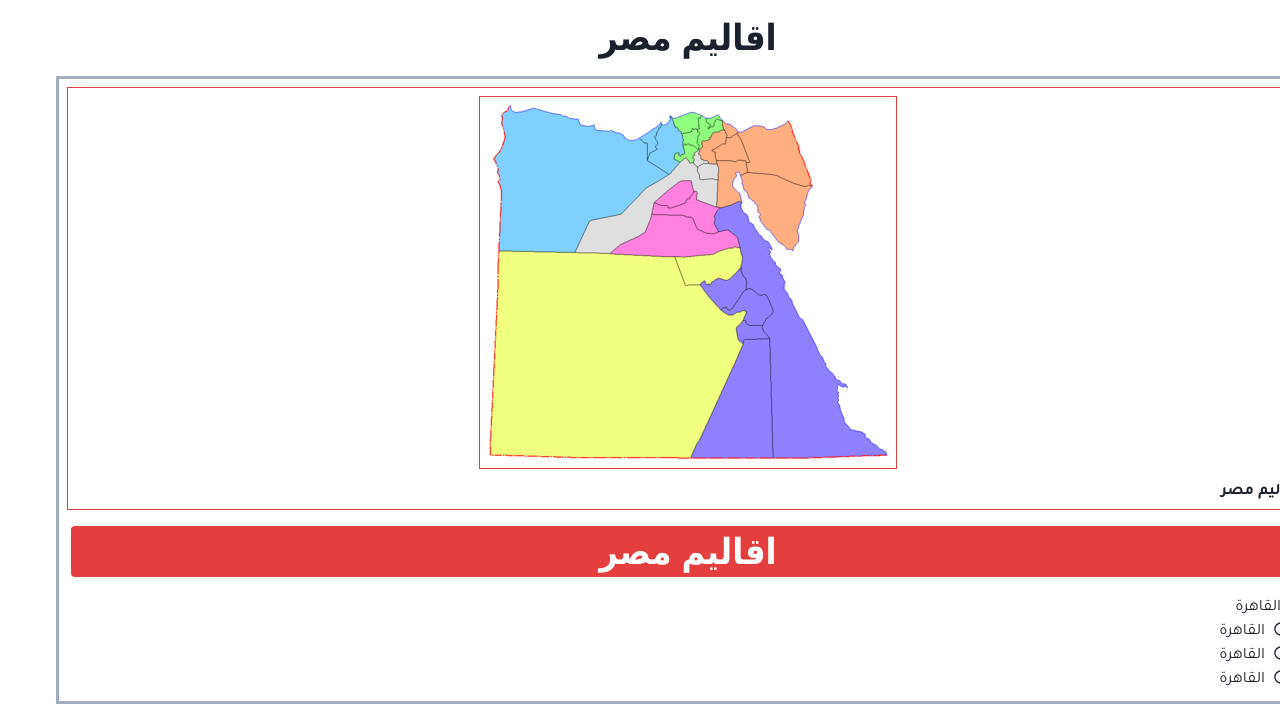
Repository: ahmed-mohamed-eng/egypt-gov-map
Page: /
The author's editor kept a copy of each file at every save. The page is drawn from the files as they stood at one save, then again after the next save.
The browser window is 1280 px wide. The pictures show the whole page.
Some web fonts or font styles are not loaded; a fallback is used. The project was rebuilt for these pictures with package versions that can differ from the ones it lists, and the page was loaded fresh each time. The framework's server and built-in components were replaced by stand-ins that run in the browser. Also part of the build but not shown: next.config.js.

Above is the page before, as saved 2022-05-30 13:33:11.

After the next save:
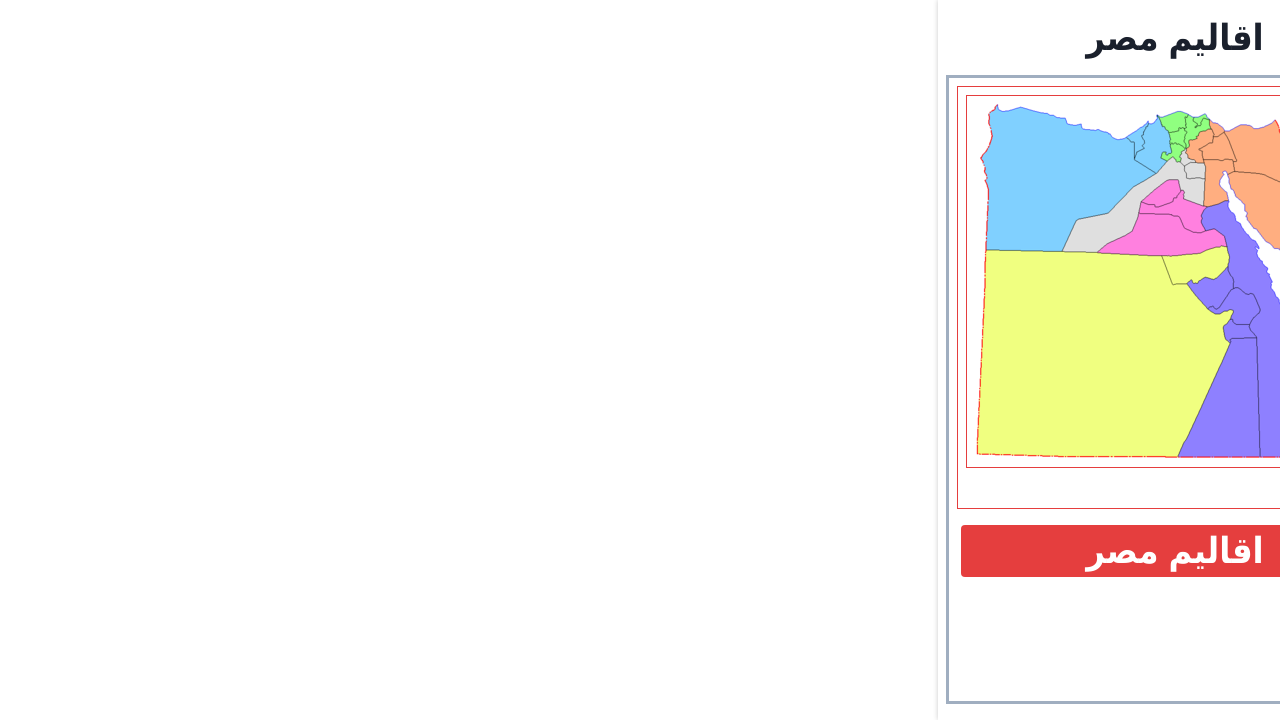
Saved 118 s later.
--- a/components/PageContainer/PageContainer.tsx
+++ b/components/PageContainer/PageContainer.tsx
@@ -1,11 +1,20 @@
-import { VStack } from "@chakra-ui/react"
+import { Flex, VStack } from "@chakra-ui/react";
 
 import bgImage from "../../images/backgroundImage.png";
 
 export const PageContainer = (props: any) => {
   return (
-    <VStack minH="100vh" backgroundImage={`url(${bgImage})`} boxShadow="0 0 5px #CACACA" py="1rem" px="0.5rem" spacing="1rem">
+    <Flex>
+      <VStack
+        minH="100vh"
+        backgroundImage={`url(${bgImage})`}
+        boxShadow="0 0 5px #CACACA"
+        py="1rem"
+        px="0.5rem"
+        spacing="1rem"
+      >
         {props.children}
-    </VStack>
-  )
-}
+      </VStack>
+    </Flex>
+  );
+};
